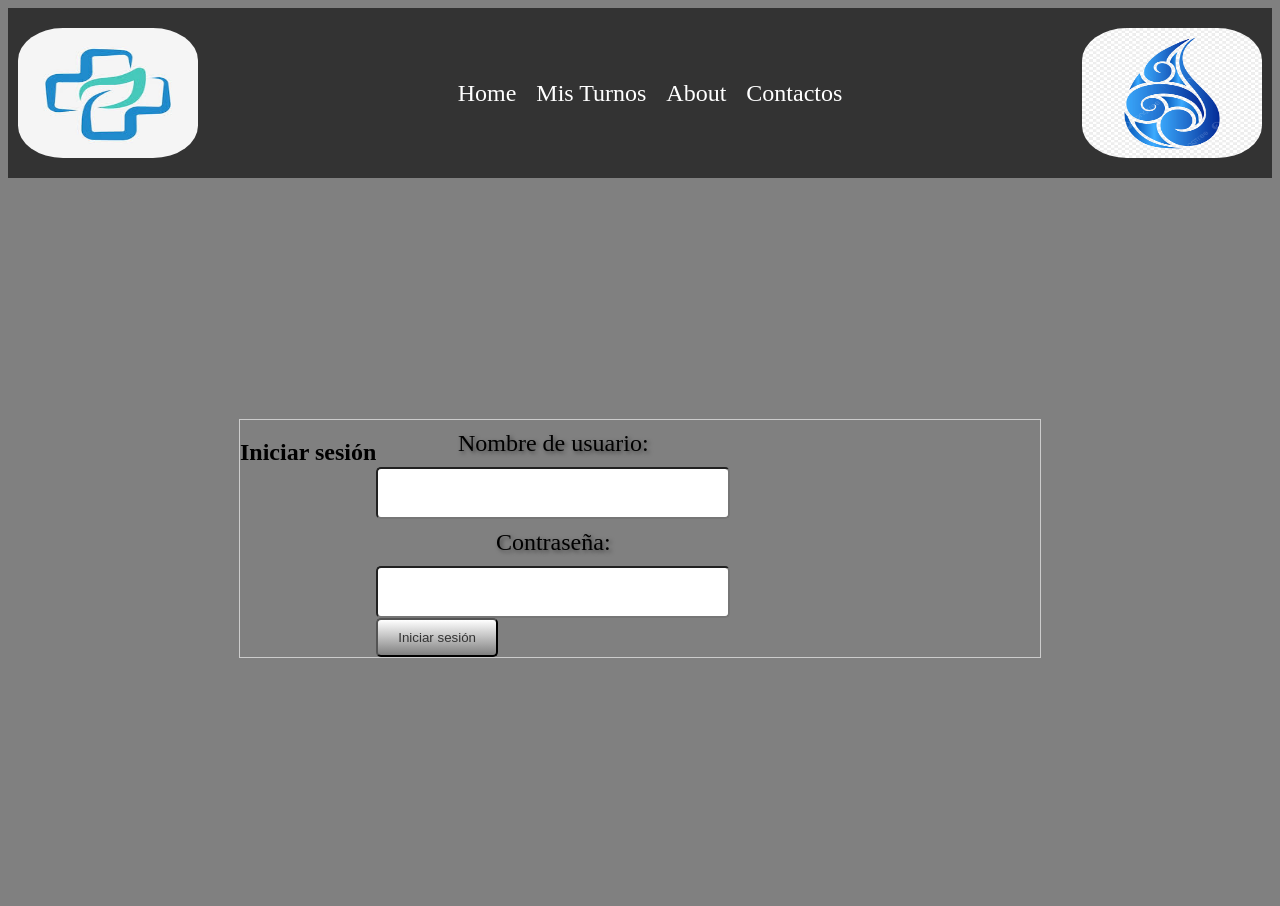
Repository: mauro8778/TurnoClinica
Page: / (app in front/vite-project/)
The author's editor kept a copy of each file at every save. The page is drawn from the files as they stood at one save, then again after the next save.
The browser window is 1280 px wide. The pictures show the whole page.
The project was rebuilt for these pictures with package versions that can differ from the ones it lists, and the page was loaded fresh each time. Also part of the build but not shown: front/vite-project/vite.config.js.

Above is the page before, as saved 2024-04-14 10:55:01.

### front/vite-project/src/App.jsx

import "./index.css"
import NavBar from "./components/NavBar/NavBar.jsx";
import Login from "./views/Login/Login"


function App() {


  return (
    <>
    <NavBar/>
  <Login/>
    </>


  )
}

export default App

### front/vite-project/src/index.css
body{

  background-color: grey;
}

### front/vite-project/src/components/NavBar/NavBar.jsx

import  "./NavBar.css";
import hospital from "../../assets/hospital.jpg"
import logo from "../../assets/logo.jpg"


const NavBar=()=>{

    return(
    <>

    <div className="navbar">
      <img src={hospital} alt="Imagen 1" className="left-image" />
      <ul className="nav-list">
        <li>Home</li>
        <li>Mis Turnos </li>
        <li>About</li>
        <li>Contactos </li>
      </ul>
      <img src={logo} alt="Imagen 2" className="right-image" />
    </div>


    </>
    )
}
export default NavBar;

### front/vite-project/src/views/Login/Login.jsx
import { useState } from "react";
import axios from "axios"
import "./login.css";

const LoginForm = () => {
  const [credentials, setCredentials] = useState({
    username: "",
    password: ""
  });

  const [error, setError] = useState("");

  const handleInputChange = (event) => {
    const { name, value } = event.target;
    setCredentials({
      ...credentials,
      [name]: value
    });
  };

  const handleFormSubmit = async (event) => {
    event.preventDefault();
    try {
      const response = await axios.post("http://localhost:3000/users/loguin", credentials);
      if (response.status === 200) {
        alert("Inicio de sesión exitoso");

    } else {
        setError("Credenciales inválidas");
      }
    } catch (error) {
      console.error("Error al iniciar sesión:", error);
      setError("Error al iniciar sesión. Por favor, inténtalo de nuevo más tarde");
    }
  };

  return (
    <div className="card-container">
    <div className="card">
      <h2>Iniciar sesión</h2>
      <form onSubmit={handleFormSubmit}>
        <div>
          <label htmlFor="username">Nombre de usuario:</label>
          <input
            type="text"
            id="username"
            name="username"
            value={credentials.username}
            onChange={handleInputChange}
          />
        </div>
        <div>
          <label htmlFor="password">Contraseña:</label>
          <input
            type="password"
            id="password"
            name="password"
            value={credentials.password}
            onChange={handleInputChange}
          />
        </div>
        {error && <p className="error">{error}</p>}
        <button type="submit">Iniciar sesión</button>
      </form>
    </div>
  </div>
);
};

export default LoginForm;

### front/vite-project/src/components/NavBar/NavBar.css
.navbar {
  display: flex;
  justify-content: space-between;
  align-items: center;
  background-color: #333;
  padding: 10px;
  height: 150px;
}

.nav-list {
  list-style: none;
  display: flex;
  margin: 0;
  padding: 0;
}

.nav-list li {
  margin-left: 20px;
  color: white;
  font-size: 1.5rem;
}

.left-image,
.right-image {
  width: 180px;
  height: 130px;
  border-radius: 25%;
}

### front/vite-project/src/views/Login/login.css
.card-container {
  display: flex;
  justify-content: center;
  align-items: center;
  height: 100vh;
}
.centered{
  text-align: center;
  font-size: 3rem;
  color: black;
  padding: 10px 20px;
  text-shadow: 2px 2px 4px rgba(0, 0, 0, 0.5);
}
label{
  text-align: center;
  font-size: 1.5rem;
  color: black;
  padding: 10px 20px;
  border-radius: 5px;
  text-shadow: 2px 2px 4px rgba(0, 0, 0, 0.5);
  display: flex;
  justify-content: center;

}
input{
  text-align: right;
  font-size: 1.5rem;
  color: black;
  padding: 10px 20px;
  border-radius: 5px;
  text-shadow: 2px 2px 4px rgba(0, 0, 0, 0.5);
}

.card {
  display: flex;
  border: 1px solid #ccc;
  width: 80%;
  max-width: 800px;
}

.left-column,
.right-column {
  flex: 1;
  padding: 20px;
  background: linear-gradient(white,grey) ;
  display: flex;
  justify-content: center;
  align-items: center;
}

.left-column {
  border-right: 1px solid #ccc;
  background: linear-gradient(white,grey);
  display: flex;
  justify-content: center;
  align-items: center;
}

.right-column {
  display: flex;
  flex-direction: column;
  align-items: center;
  padding: 20px; }

.right-column h2 {
  margin-bottom: 20px;
}

.form-container {
  width: 80%;
  text-align: center;
}

.input-container {
  width: 100%;
  margin-bottom: 20px;
  text-align: left;
}

.error {
  color: red;
  text-align: center;
}

.button-container {
  margin: 0 5px;
}


.botones{
  display: flex;
  justify-content: space-between;
  align-items: center;
}
button {
  padding: 10px 20px;
  background: linear-gradient(white, grey);
  transition: background-color 0.3s ease;
  text-decoration: none;
  color: #333;
  border-radius: 5px;
}
button:hover {
  background-color: rgba(0, 0, 0, 0.1);
}
.Links {
  padding: 10px 20px;
  background: linear-gradient(white, grey);
  transition: background-color 0.3s ease;
  text-decoration: none;
  color: #333;
  border-radius: 5px;
}
.Links:hover {
  background-color: rgba(0, 0, 0, 0.1);
}

Loaded but not shown: front/vite-project/index.html (common file); front/vite-project/src/main.jsx (common file)

After the next save:
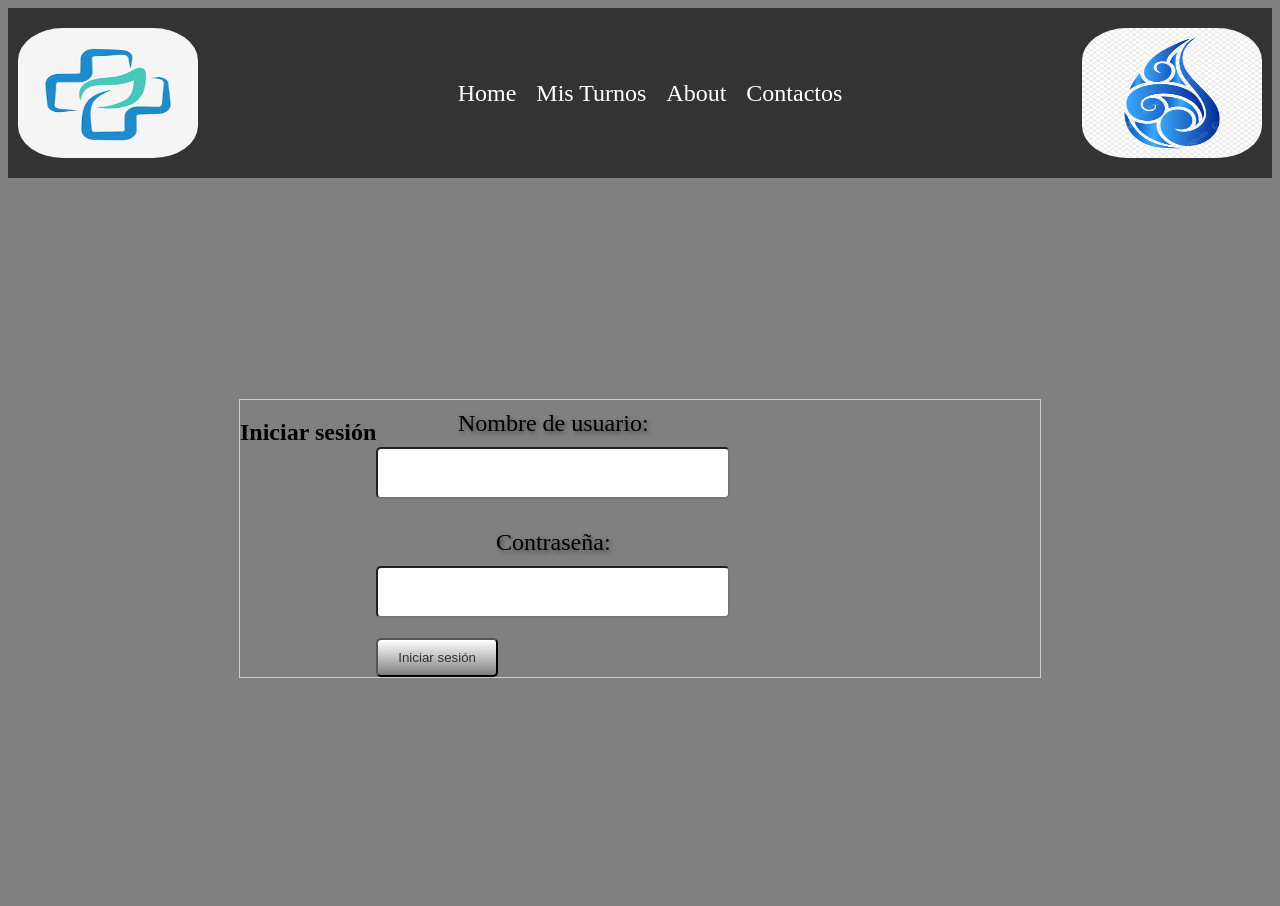
Saved 3 min 42 s later.
--- a/front/vite-project/src/views/Login/Login.jsx
+++ b/front/vite-project/src/views/Login/Login.jsx
@@ -39,7 +39,7 @@ const LoginForm = () => {
     <div className="card">
       <h2>Iniciar sesión</h2>
       <form onSubmit={handleFormSubmit}>
-        <div>
+        <div className="input-container">
           <label htmlFor="username">Nombre de usuario:</label>
           <input
             type="text"
@@ -49,7 +49,7 @@ const LoginForm = () => {
             onChange={handleInputChange}
           />
         </div>
-        <div>
+        <div className="input-container">
           <label htmlFor="password">Contraseña:</label>
           <input
             type="password"
